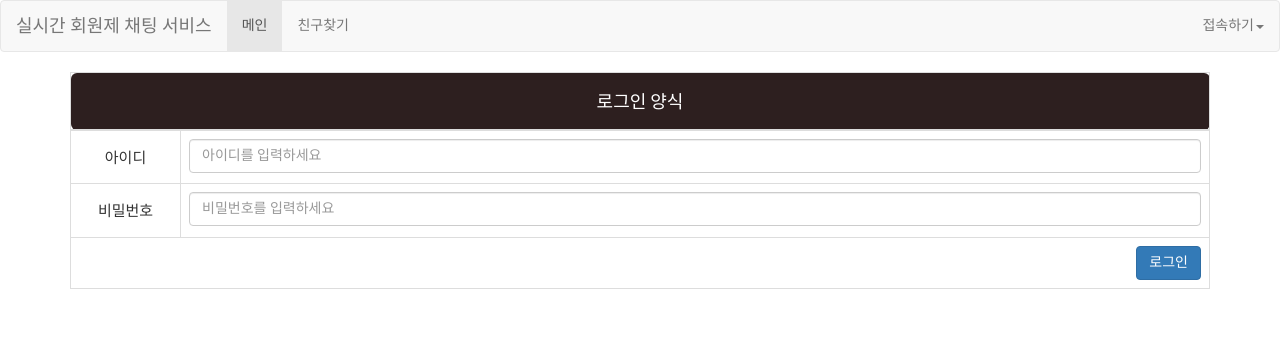
Repository: kkoseunghyun/javaAjaxChat
Page: http://localhost/UserChat/login.jsp
An editor plug-in stored every save of this project. The page is shown before and after the next save, followed by the edit.
The browser window is 1280 px wide. The pictures show the whole page.
Some web fonts or font styles are not loaded; a fallback is used. Some web libraries are served in a nearby version. The page is served by Tomcat 9. Other server files are loaded and not shown.

Above is the page before, as saved 2019-05-15 08:48:15.

### JspAjax/UserChat/WebContent/login.jsp
<%@ page language="java" contentType="text/html; charset=UTF-8" pageEncoding="UTF-8"%>
<!DOCTYPE html>
<html>
<head>
	<meta charset="UTF-8">
	<meta name="viewport" content="width=device-width, initial-scale=1">
	<link rel="stylesheet" href="css/bootstrap.css">
	<link rel="stylesheet" href="css/custom.css">
	<title>JSP Ajax 실시간 회원제 채팅 서비스</title>
	<script src="https://code.jquery.com/jquery-3.1.1.min.js"></script>
	<script src="js/bootstrap.js"></script>
</head>
<body>
	<%
		String userID = null;
		if(session.getAttribute("userID") != null){
			userID = (String) session.getAttribute("userID");
		}
		if(userID != null) {
			session.setAttribute("messageType", "오류 메세지");
			session.setAttribute("messageContent", "이미 로그인된 회원입니다.");
			response.sendRedirect("index.jsp");
			return;
		}
	%>
	<nav class="navbar navbar-default">
		<div class="navbar-header">
			<button type="button" class="navbar-toggle collapsed"
				data-toggle="collapse" data-target="#bs-example-navbar-collapse-1"
				aria-expanded="false">
				<span class="icon-bar"></span>
				<span class="icon-bar"></span>
				<span class="icon-bar"></span>
			</button>
			<a class="navbar-brand" href="main.jsp">실시간 회원제 채팅 서비스</a>
		</div>
		<div class="collapse navbar-collapse" id="bs-example-navbar-collapse-1">
			<ul class="nav navbar-nav">
				<li class="active"><a href="main.jsp">메인</a></li>
				<li><a href="find.jsp">친구찾기</a></li>
			</ul>
			<%
				if(userID == null){ // 로그인이 안된사람들에 한해 보여지는 네비게이션 바
			%>
			<ul class="nav navbar-nav navbar-right">
				<li class="dropdown">
					<a href="#" class="dropdown-toggle"
						data-toggle="dropdown" role="button" aria-haspopup="true"
						aria-expanded="false">접속하기<span class="caret"></span></a>
					<ul class="dropdown-menu">
						<li class="active"><a href="login.jsp">로그인</a></li>
						<li><a href="join.jsp">회원가입</a></li>
					</ul>
				</li>
			</ul>
			<%
				}
			%>
		</div>
	</nav>
	<!-- POST방식으로 ./userLogin으로 이동하는 부분
			web.xml 에 ./userLogin으로 이동할시 userLoginServlet으로 이동하도록 설정했었다.
				userLoginServlet에서 각종 로그인관련된 messageContent 설정이 되어있음 -->
	<div class="container">
		<form method="post" action="./userLogin">
			<table class="table table-bordered table-hover" style="text-align: center; border:1px soild #dddddd;">
				<thead>
					<tr>
						<th colspan="2"><h4>로그인 양식</h4></th>
					</tr>
				</thead>
				<tbody>
					<tr>
						<td style="width:110px;"><h5>아이디</h5></td>
						<td><input class="form-control" type="text" name="userID" maxlength="20" placeholder="아이디를 입력하세요"></td>
					</tr>
					<tr>
						<td style="width:110px;"><h5>비밀번호</h5></td>
						<td><input class="form-control" type="password" name="userPassword" maxlength="20" placeholder="비밀번호를 입력하세요"></td>
					</tr>
					<tr>
						<td style="text-align: left;" colspan="2"><input class="btn btn-primary pull-right" type="submit" value="로그인"></td>
					</tr>
				</tbody>
			</table>
		</form>
	</div>
	<%
		/**
			UserRegisterServlet.java에서 session에 setAttribute로 정의한 messageContent,messageType 을
			session.getAttribute를 통해 가져오는 부분
		*/
		String messageContent = null;
		if (session.getAttribute("messageContent") != null) {
			messageContent = (String) session.getAttribute("messageContent");
		}
		String messageType = null;
		if (session.getAttribute("messageType") != null) {
			messageType = (String) session.getAttribute("messageType");
		}
		if (messageContent != null) {
	%>
	<!--  messageModal -->
	<div class="modal fade" id="messageModal" tabindex="-1" role="dialog" aria-hidden="true">
		<div class="vertical-alignment-helper">
			<div class="modal-dialog vertical-align-center">
				<div class="modal-content <% if(messageType.equals("오류 메세지")) out.println("panel-warning"); else out.println("panel-success");%> ">
					<div class="modal-header panel-heading">
						<button type="button" class="close" data-dismiss="modal">
							<span aria-hidden="true">&times</span>		<!-- x버튼 -->
							<span class="sr-only">Close</span>
						</button>
						<h4 class="modal-title">
							<%= messageType %>
						</h4>
					</div>
					<div class="modal-body">
						<%= messageContent %>
					</div>
					<div class="modal-footer">
						<button type="button" class="btn btn-primary" data-dismiss="modal">확인</button>
					</div>
				</div>
			</div>
		</div>
	</div>
	<script>
		$('#messageModal').modal("show");
	</script>
	<%
		session.removeAttribute("messageContent");
		session.removeAttribute("messageType");
		}
	%>
	<!-- checkModal -->
	<div class="modal fade" id="checkModal" tabindex="-1" role="dialog" aria-hidden="true">
		<div class="vertical-alignment-helper">
			<div class="modal-dialog vertical-align-center">
				<div id="checkType" class="modal-content panel-info">		<!-- id: checkType -->
					<div class="modal-header panel-heading">
						<button type="button" class="close" data-dismiss="modal">
							<span aria-hidden="true">&times</span>
							<span class="sr-only">Close</span>
						</button>
						<h4 class="modal-title">
							확인메세지
						</h4>
					</div>
					<div class="modal-body" id="checkMessage">		<!-- id: checkMessage -->
					</div>
					<div class="modal-footer">
						<button type="button" class="btn btn-primary" data-dismiss="modal">확인</button>
					</div>
				</div>
			</div>
		</div>
	</div>
</body>
</html>

### JspAjax/UserChat/WebContent/css/custom.css
@import url(http://fonts.googleapis.com/earlyaccess/nanumgothic.css);
@import url(http://fonts.googleapis.com/earlyaccess/hanna.css);
@import url(http://fonts.googleapis.com/earlyaccess/notosanskr.css);
* {
	font-family: 'Nanum Gothic';
}
h5 {
	font-family: 'Noto Sans KR';
	font-size: 15px;
}
h4 {
	font-family: 'Noto Sans KR';
}
h3 {
	font-family: 'Hanna';
}
h2 {
	font-family: 'Hanna';
}
h1 {
	font-family: 'Hanna';
}

/* 테이블 관련 디자인 처리 */
thead th {
	background-color: #2d1f1f;
	color: white;
	text-align: center;
}
tr td:first-child,
tr th:first-child {
	border-top-left-radius: 6px;
	border-bottom-left-radius: 6px;
}
tr td:last-child,
tr th:last-child {
	border-top-right-radius: 6px;
	border-bottom-right-radius: 6px;
}

/* 모달 팝업창 관련 디자인 처리 */
.vertical-alignment-helper {
	display: table;
	height: 100%;
	width: 100%;
	pointer-events: none;
}
.vertical-alignment-center {
	display: table-cell;
	vertical-align: middle;
	pointer-events: none;
}
.modal-content {
	width: inherit;
	height: inherit;
	margin: 0 auto;
	pointer-events: all;
}

/* 채팅창 디자인 처리 */
.portlet {
    margin-bottom: 15px;
}
.btn-white {
    border-color: #cccccc;
    color: #333333;
    background-color: #ffffff;
}
.portlet {
    border: 1px solid;
}
.portlet .portlet-heading {
    padding: 0 15px;
}
.portlet .portlet-heading h4 {
    padding: 1px 0;
    font-size: 16px;
}
.portlet .portlet-heading a {
    color: #fff;
}
.portlet .portlet-heading a:hover,
.portlet .portlet-heading a:active,
.portlet .portlet-heading a:focus {
    outline: none;
}
.portlet .portlet-widgets .dropdown-menu a {
    color: #333;
}
.portlet .portlet-widgets ul.dropdown-menu {
    min-width: 0;
}
.portlet .portlet-heading .portlet-title {
    float: left;
}
.portlet .portlet-heading .portlet-title h4 {
    margin: 10px 0;
}
.portlet .portlet-heading .portlet-widgets {
    float: right;
    margin: 8px 0;
}
.portlet .portlet-heading .portlet-widgets .tabbed-portlets {
    display: inline;
}
.portlet .portlet-heading .portlet-widgets .divider {
    margin: 0 5px;
}
.portlet .portlet-body {
    padding: 15px;
    background: #fff;
}
.portlet .portlet-footer {
    padding: 10px 15px;
    background: #e0e7e8;
}
.portlet .portlet-footer ul {
    margin: 0;
}
.portlet-green,
.portlet-green>.portlet-heading {
    border-color: #16a085;
}
.portlet-green>.portlet-heading {
    color: #fff;
    background-color: #16a085;
}
.portlet-orange,
.portlet-orange>.portlet-heading {
    border-color: #f39c12;
}
.portlet-orange>.portlet-heading {
    color: #fff;
    background-color: #f39c12;
}
.portlet-blue,
.portlet-blue>.portlet-heading {
    border-color: #2980b9;
}
.portlet-blue>.portlet-heading {
    color: #fff;
    background-color: #2980b9;
}
.portlet-red,
.portlet-red>.portlet-heading {
    border-color: #e74c3c;
}
.portlet-red>.portlet-heading {
    color: #fff;
    background-color: #e74c3c;
}
.portlet-purple,
.portlet-purple>.portlet-heading {
    border-color: #8e44ad;
}
.portlet-purple>.portlet-heading {
    color: #fff;
    background-color: #8e44ad;
}
.portlet-default,
.portlet-dark-blue,
.portlet-default>.portlet-heading,
.portlet-dark-blue>.portlet-heading {
    border-color: #34495e;
}
.portlet-default>.portlet-heading,
.portlet-dark-blue>.portlet-heading {
    color: #fff;
    background-color: #34495e;
}
.portlet-basic,
.portlet-basic>.portlet-heading {
    border-color: #333;
}
.portlet-basic>.portlet-heading {
    border-bottom: 1px solid #333;
    color: #333;
    background-color: #fff;
}
@media(min-width:768px) { /* 반응형 */
    .portlet {
        margin-bottom: 30px;
    }
}
.img-chat{
width:40px;
height:40px;
}
.text-green {
    color: #16a085;
}
.text-orange {
    color: #f39c12;
}
.text-red {
    color: #e74c3c;
}

### JspAjax/UserChat/WebContent/css/custom2.css
@import url(http://font.googleapis.com/earlyaccess/nanumgothic.css);
/* 전체 영역 지정 */
* {
    font-family: 'Nanum Gothic';
}
/* 전체 링크 영역 지정 */
a {
    color: #000000;
    text-decoration: none;
}
a:hover{
    color: #bbbbbb;
    text-decoration:none;
    cursor: pointer;
}

/* 네비게이션 영역 */
.navbar-default{    /* 배경 색상*/
    background-color: #006DCC;
    border-color: #006DCC;
}
.navbar-default .navbar-brand{ /* 내비게이션 제목 생상 */
    color: #ffffff;
    padding-top: 25px;
    font-family: 'Hanna';
}
.navbar-default .navbar-brand:hover,
.navbar-default .navbar-brand:focus{ /*내비게이션 제목에 마우스를 올렸을 때 */
    background-color: transparent;
    color: #dddddd;
}
.navbar-default .navbar-nav > .active > a,
.navbar-default .navbar-nav > .active > a:hover,
.navbar-default .navbar-nav > .active > a:focus{/* 현재 선택된 내비게이션 색상 이벤트 */
    color: #ffffff;
    background-color: #1456b8;
}
.navbar-default .navbar-nav > li > a { /*내비게이션 기본 글자 색상 */
	color: #ffffff;
    font-family: 'Noto Sans KR';
}
.navbar-default .navbar-nav > li > a:hover,
.navbar-default .navbar-nav > li > a:focus { /*내비게이션의 글자에 마우스를 올렸을 때 */
    color: #dddddd;
}
.navbar-default .navbar-nav > .open > a,
.navbar-default .navbar-nav > .open > a:hover,
.navbar-default .navbar-nav > .open > a:focus{ /* .open : 드랍다운이 열렸을 때 마우스 색상 이벤트  */
    color: #006DCC;
    background-color: #ffffff;
    text-decoration: none;
}
.navbar-default .navbar-toggle:hover,
.navbar-default .navbar-toggle:focus { /* 토글에 마우스를 올렸을 때 */
	background-color: #145688;
}
.navbar-default .navbar-toggle: .icon-bar { /* 토글 아이콘 바 색상 */
	background-color: #dddddd;
}

/* 미디어 쿼리 */
@media (max-width: 767px) { /* (해상도가 작아졌을때) 드랍다운 아이템에 마우스를 올렸을 때 */
    .navbar-default .navbar-nav .open .dropdown-menu > li > a {
        color: #ffffff;
    }
    .navbar-default .navbar-nav .open .dropdown-menu > li > a:hover,
    .navbar-default .navbar-nav .open .dropdown-menu > li > a:focus {
        color: #eeeeee;
    }
}
/* 네비게이션 바 길이 수정 */
.navbar-fixed-top {
	min-height: 70px;
}
.navbar-nav > li > a {
	padding-top: 0px;
	padding-bottom: 0px;
	line-height: 70px;
}
@media (max-width: 767px) {
	.navbar-default .navbar-brand {
		padding-top: 15px;
	}
	.navbar-nav > li > a {
		padding-top: 0px;
		padding-bottom: 0px;
		line-height: 40px;
	}
}

Loaded but not shown: JspAjax/UserChat/WebContent/css/bootstrap.css (library); JspAjax/UserChat/WebContent/js/bootstrap.js (library)

After the next save:
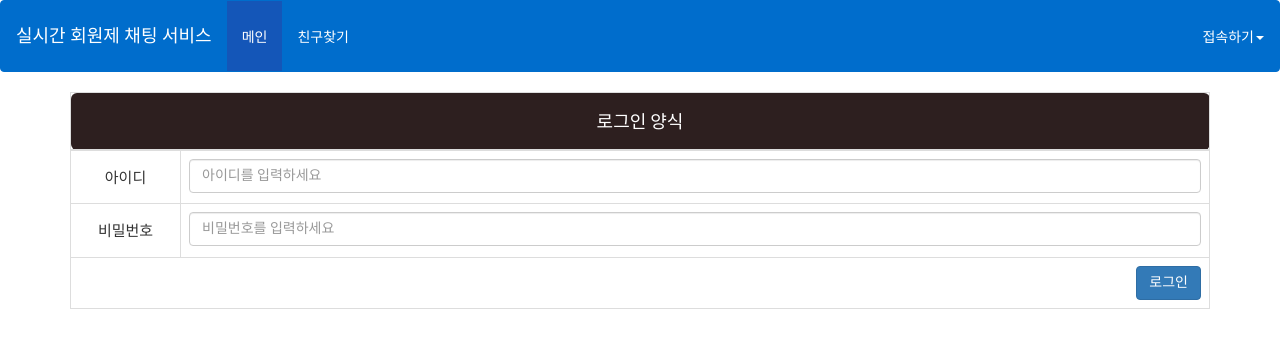
Saved 29 s later.
--- a/JspAjax/UserChat/WebContent/login.jsp
+++ b/JspAjax/UserChat/WebContent/login.jsp
@@ -6,6 +6,7 @@
 	<meta name="viewport" content="width=device-width, initial-scale=1">
 	<link rel="stylesheet" href="css/bootstrap.css">
 	<link rel="stylesheet" href="css/custom.css">
+	<link rel="stylesheet" type="text/css" href="css/custom2.css">
 	<title>JSP Ajax 실시간 회원제 채팅 서비스</title>
 	<script src="https://code.jquery.com/jquery-3.1.1.min.js"></script>
 	<script src="js/bootstrap.js"></script>
